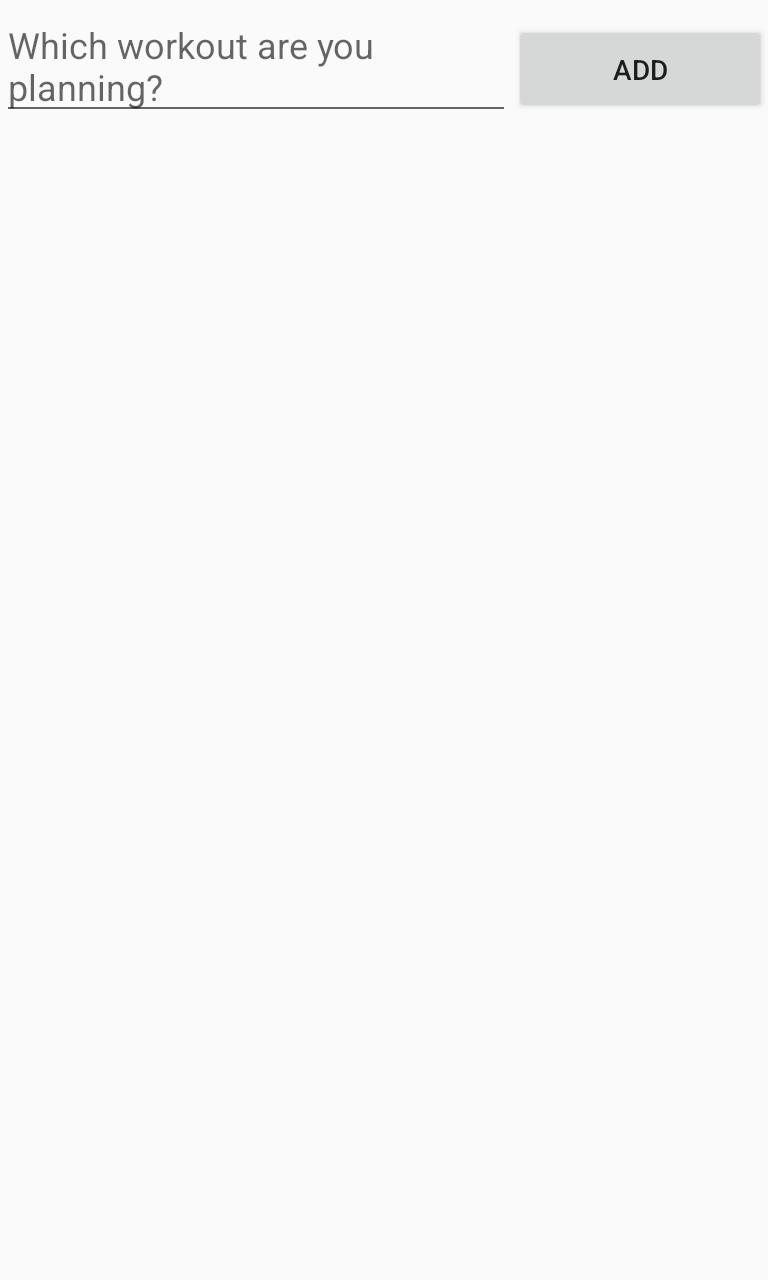
Repository: apoorvelec/AndroidApps
Layout: Gymdroid/res/layout/activity_monday.xml
The author's editor kept a copy of each file at every save. The layout is drawn from the files as they stood at one save, then again after the next save.
It is drawn on a 768 x 1280 px phone screen (xhdpi) without system bars, with theme AppTheme; the app's code is not run.

Above is the layout before, as saved 2016-07-16 23:54:08.

### Gymdroid/res/layout/activity_monday.xml
<?xml version="1.0" encoding="utf-8"?>
<LinearLayout xmlns:android="http://schemas.android.com/apk/res/android"
    android:layout_width="match_parent"
    android:layout_height="match_parent"
    android:orientation="vertical" >

    <LinearLayout
        android:layout_width="fill_parent"
        android:layout_height="wrap_content"
        android:orientation="horizontal">

    	<EditText
        	android:id="@+id/monday_workout_suggestion"
        	android:layout_width="fill_parent"
        	android:layout_height="wrap_content"
        	android:layout_weight="2"
        	android:focusable="true"
        	android:hint="@string/workout_suggestion_hint" />
    	<Button
    	    android:id="@+id/monday_workout_suggestion_btn"
    	    android:layout_height="wrap_content"
    	    android:layout_width="fill_parent"
    	    android:layout_weight="4"
    	    android:text="add"
    	    />
    </LinearLayout>



</LinearLayout>

### Gymdroid/res/values/strings.xml
<?xml version="1.0" encoding="utf-8"?>
<resources>

    <string name="app_name">Gymdroid</string>
    <string name="hello_world">Hello world!</string>
    <string name="action_settings">Settings</string>

    <string name="monday_button">Monday</string>
    <string name="tuesday_button">Tuesday</string>
    <string name="wednesday_button">Wednesday</string>
    <string name="thursday_button">Thursday</string>
    <string name="friday_button">Friday</string>

    <string name="monday_workout">Monday Workout Schedule</string>
    <string name="tuesday_workout">Tuesday Workout Schedule</string>
    <string name="wednesday_workout">Wednesday Workout Schedule</string>
    <string name="thursday_workout">Thursday Workout Schedule</string>
    <string name="friday_workout">Friday Workout Schedule</string>

    <string name="workout_suggestion_hint">Which workout are you planning?</string>
</resources>

Loaded but not shown: Gymdroid/res/values/styles.xml (common file); Gymdroid/res/values-v11/styles.xml (common file); Gymdroid/res/values-v14/styles.xml (common file)

After the next save:
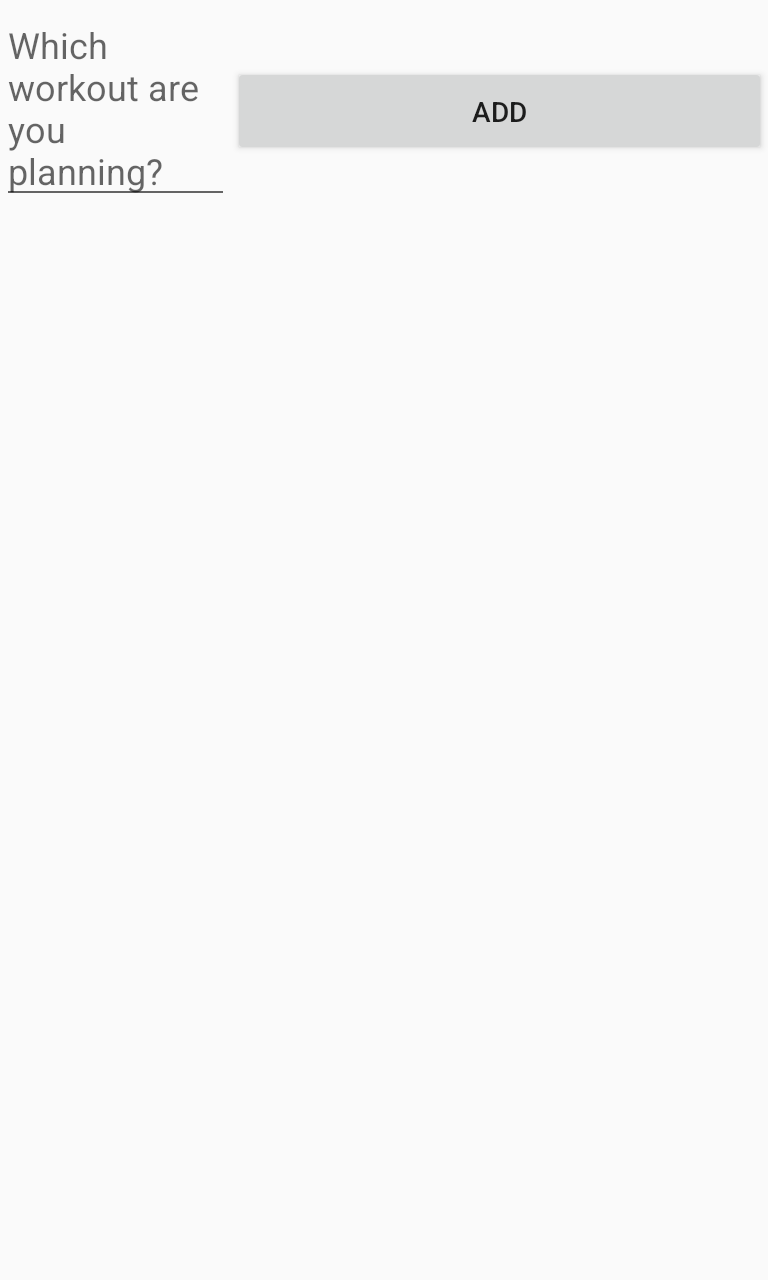
Saved 25 s later.
--- a/Gymdroid/res/layout/activity_monday.xml
+++ b/Gymdroid/res/layout/activity_monday.xml
@@ -13,14 +13,14 @@
         	android:id="@+id/monday_workout_suggestion"
         	android:layout_width="fill_parent"
         	android:layout_height="wrap_content"
-        	android:layout_weight="2"
+        	android:layout_weight="7"
         	android:focusable="true"
         	android:hint="@string/workout_suggestion_hint" />
     	<Button
     	    android:id="@+id/monday_workout_suggestion_btn"
     	    android:layout_height="wrap_content"
     	    android:layout_width="fill_parent"
-    	    android:layout_weight="4"
+    	    android:layout_weight="3"
     	    android:text="add"
     	    />
     </LinearLayout>
